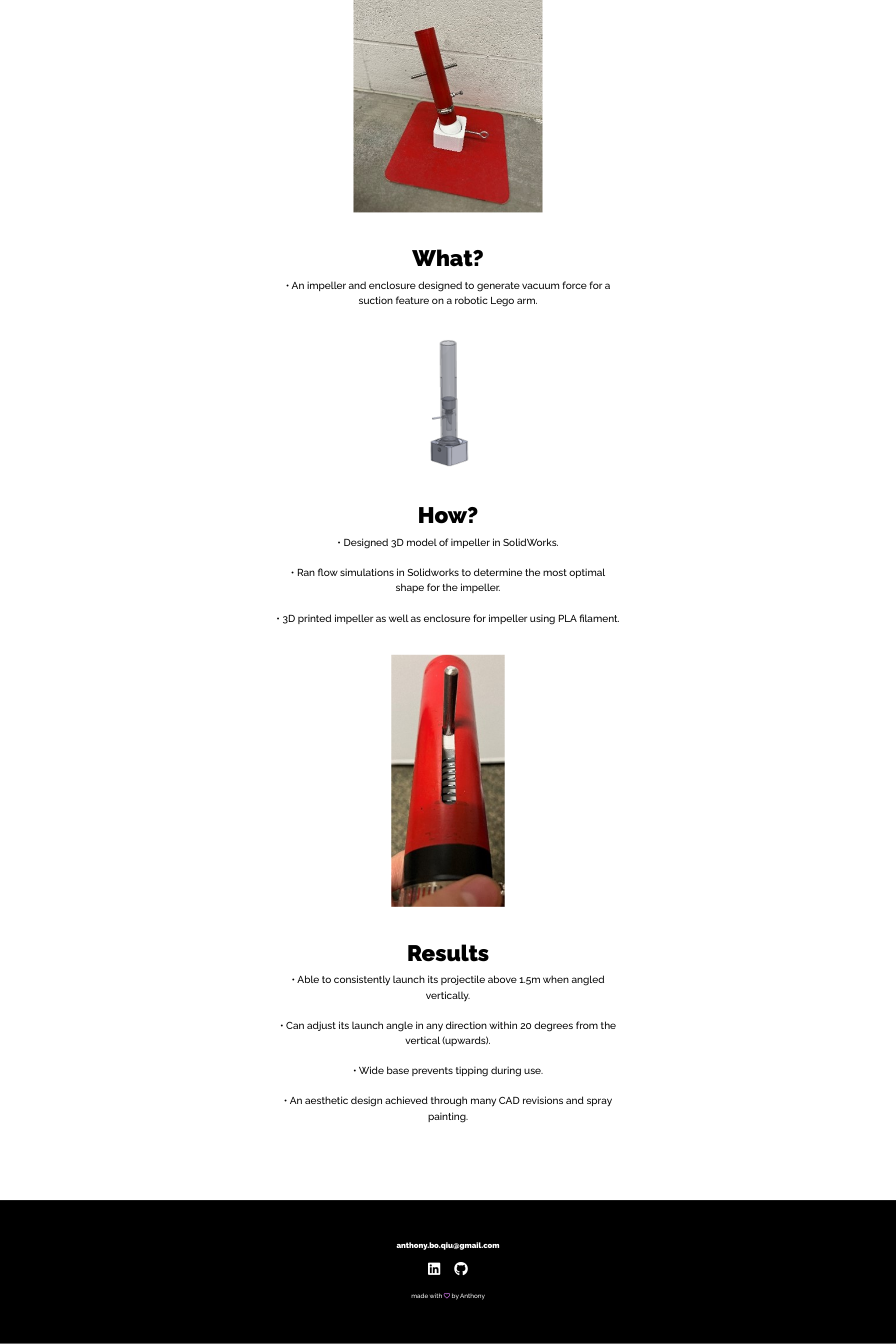
Repository: 7UM1N/anthonyq.github.io
Page: impeller.html
An editor plug-in stored every save of this project. The page is shown before and after the next save, followed by the edit.
The browser window is 1280 px wide. The pictures show the part of the page from y = 908 to 2828 px (the page is 2828 px tall before and 2655 px after), at 70% of full size.

Above is the page before, as saved 2023-02-28 12:43:26.

### impeller.html
<!DOCTYPE html>
<html lang="en">
    <head>
        <!-- Google tag (gtag.js) -->
        <script async src="https://www.googletagmanager.com/gtag/js?id=G-XFJFSFPP7C"></script>
        <script>
            window.dataLayer = window.dataLayer || [];
            function gtag(){dataLayer.push(arguments);}
            gtag('js', new Date());
            gtag('config', 'G-XFJFSFPP7C');
        </script>

        <meta charset="UTF-8">
        <meta name="viewport" content="width=device-width, initial-scale=1.0">
        <title>Anthony Qiu</title>
        <link rel="stylesheet" href="https://cdnjs.cloudflare.com/ajax/libs/normalize/8.0.1/normalize.min.css" integrity="sha512-NhSC1YmyruXifcj/KFRWoC561YpHpc5Jtzgvbuzx5VozKpWvQ+4nXhPdFgmx8xqexRcpAglTj9sIBWINXa8x5w==" crossorigin="anonymous" referrerpolicy="no-referrer" />
        <link rel="stylesheet" href="https://cdnjs.cloudflare.com/ajax/libs/font-awesome/6.2.1/css/all.min.css" integrity="sha512-MV7K8+y+gLIBoVD59lQIYicR65iaqukzvf/nwasF0nqhPay5w/9lJmVM2hMDcnK1OnMGCdVK+iQrJ7lzPJQd1w==" crossorigin="anonymous" referrerpolicy="no-referrer" />
        <link rel="stylesheet" href="css/style.css">
        <link rel="preconnect" href="https://fonts.googleapis.com">
        <link rel="preconnect" href="https://fonts.gstatic.com" crossorigin>
        <link href="https://fonts.googleapis.com/css2?family=Raleway:ital,wght@0,100;0,200;0,300;0,400;0,500;0,600;0,700;0,800;0,900;1,100;1,200;1,300;1,400;1,500;1,600;1,700;1,800;1,900&display=swap" rel="stylesheet">
    </head>
    <body>

        <!-- header -->
        <section class="sub-header sub-header-launcho">
            <nav>
                <a class="logo" href="index.html">
                    <strong>ANTHONY</strong> QIU
                </a>
                <div class="nav-links" id="navLinks">
                    <ul>
                        <i class="fa-solid fa-xmark" onclick="hideMenu()"></i>
                        <li><a href="index.html" >HOME</a></li>
                        <li><a href="index.html#projects">PROJECTS</a></li>
                        <li><a href="contact.html">CONTACT</a></li>
                    </ul>
                </div>
                <i class="fa-solid fa-bars" onclick="showMenu()"></i>
            </nav>
            <div class="text-box">
                <h1>IMPELLER</h1>
                <p>
                    impeller for robotic suction arm
                </p>
            </div>
            <div class="scroll">
                <p>S C R O L L<br><i class="fa-solid fa-sort-down"></i></p>
            </div>
        </section>

        <!-- content -->
        <section class="portfolio-item-section">
            <img src="img/launcho/what.jpg">
            <h2>What?</h2>
            <p>
                •	An impeller and enclosure designed to generate vacuum force for a suction feature on a robotic Lego arm.
            </p>

            <img src="img/launcho/how.png">
            <h2>How?</h2>
            <p>
                •	Designed 3D model of impeller in SolidWorks.<br><br>
                •	Ran flow simulations in Solidworks to determine the most optimal shape for the impeller.<br><br>
                •	3D printed impeller as well as enclosure for impeller using PLA filament.
            </p>

            <img src="img/launcho/results.jpg">
            <h2>Results</h2>
            <p>
                •	Able to consistently launch its projectile above 1.5m when angled vertically.<br><br>
                •	Can adjust its launch angle in any direction within 20 degrees from the vertical (upwards).<br><br>
                •	Wide base prevents tipping during use.<br><br>
                •	An aesthetic design achieved through many CAD revisions and spray painting.
            </p>
        </section>

        <!-- footer -->
        <footer class="footer">
            <a href="mailto:anthony.bo.qiu@gmail.com" class="email">anthony.bo.qiu@gmail.com</a>
            <ul class="socials">
                <li class="socials-item">
                    <a class="social-item-link" href="https://www.linkedin.com/in/anthonyboqiu">
                        <i class="fa-brands fa-linkedin"></i>
                    </a>
                </li>
                <li class="socials-item">
                    <a class="social-item-link" href="https://github.com/anthonyqiu">
                        <i class="fa-brands fa-github"></i>
                    </a>
                </li>
            </ul>
            <P class="love">made with <i class="fa-regular fa-heart"></i> by Anthony</p>
        </footer>

        <!-- javascript-->
        <script src="js/index.js"></script>
    </body>
</html>

### css/style.css
/*custom properties*/
:root {
    --ff-primary: 'Raleway', sans-serif;
    --ff-secondary: 'Raleway', sans-serif;

    --fw-reg: 500;
    --fw-bold: 850;

    --clr-light: #fff;
    --clr-dark: #000000;
    --clr-accent: #e281ff;

    --fs-h1: 3rem;
    --fs-h2: 2rem;
    --fs-h3: 1.25rem;
    --fs-h4: 1.05rem;
    --fs-body: 0.9rem;

    --bs: 0.25em 0.25em 0.75em rgba(0, 0, 0, .25), 0.125em 0.125em 0.25em rgba(0, 0, 0, .15);
}

* {
    margin: 0;
    padding: 0;
    font-family: var(--ff-primary);
}

/* typography */
h1,
h2,
h3 {
    line-height: 1.1;
}

h1, h2, h3, h4 {
    font-weight: var(--fw-bold);
}

h1 {font-size: var(--fs-h1)}
h2 {font-size: var(--fs-h2)}
h3 {
    font-size: var(--fs-h3);
    font-weight: 800;
}
h4 {
    font-size: var(--fs-h4);
}

p {
    font-size: var(--fs-body);
    font-weight: var(--fw-reg);
    line-height: 150%;
    padding: 10px;
}

a:link {
    text-decoration: none;
}

a:visited {
    text-decoration: none;
}

a:hover {
    text-decoration: none;
}

a:active {
    text-decoration: none;
}

strong {font-weight: var(--fw-bold);}

/*header*/
header {
    min-height: 100vh;
    width: 100%;
    background-image: linear-gradient(rgba(4, 9, 30, 0.85), rgba(4, 9, 30, 0.85)), url(../img/blueprint.jpeg);
    background-position: center;
    background-size: cover;
    position: relative;
}

header img {
    max-width: 20vh;
    border-radius: 7%;
}

nav {
    display: flex;
    padding: 2% 6%;
    justify-content: space-between;
    align-items: center;
}

.logo {
    color: var(--clr-light);
    text-decoration: none;
    font-size: var(--fs-h2);
}

.nav-links {
    flex: 1;
    text-align: right;
}

.nav-links ul li {
    list-style: none;
    display: inline-block;
    padding: 8px 12px;
    position: relative;
}

.nav-links ul li a {
    color: var(--clr-light);
    text-decoration: none;
    font-size: var(--fs-body);
}

.nav-links ul li::after {
    content: '';
    width: 0%;
    height: 2px;
    background: var(--clr-light);
    display: block;
    margin: auto;
    transition: 0.5s;
}

.nav-links ul li:hover::after {
    width: 100%;
}

.text-box {
    width: 50%;
    color: var(--clr-light);
    position: absolute;
    top: 50%;
    left: 50%;
    transform: translate(-50%, -50%);
    text-align: center;
}

.text-box p {
    margin: 10px 0 40px;
    color: var(--clr-light);
}

.hero-btn {
    color: var(--clr-light);
    border: 1px solid var(--clr-light);
    display: inline-block;
    text-decoration: none;
    padding: 12px 34px;
    font-size: var(--fs-body);
    background: transparent;
    position: relative;
    cursor: pointer;
    margin-top: 20px;;
}

.hero-btn:hover {
    background: var(--clr-light);
    color: var(--clr-dark);
    transition: 1s;
}

.inverse-btn {
    color: var(--clr-dark);
    border: 1px solid var(--clr-dark);
}

.inverse-btn:hover {
    color: var(--clr-light);
    background: var(--clr-dark);
}

nav .fa-solid {
    display: none;
}

.scroll {
    color: var(--clr-light);
    text-align: center;
    position: absolute;
    top: 96%;
    left: 50%;
    transform: translate(-50%, -50%);
}

/*projects*/

.projects {
    width: 80%;
    margin: auto;
    text-align: center;
    padding-top: 100px;
    padding-bottom: 100px;
}

.projects p {
    color: var(--clr-dark);
}

.projects img {
    width: 12rem;
    height: 18rem;
    border-radius: 10px;
}

.portfolio {
    display: flex;
    flex-wrap: wrap;
    gap: 1.5rem;

    margin: auto;
    align-items: center;
    justify-content: center;
    margin-top: 3rem;
}

.portfolio-item {
    background-position: center;
    background-size: cover;
    position: relative;

    color: var(--clr-light);
    width: 350px;
    height: 500px;
    flex-shrink: 0;
    border-radius: 10px;
    box-sizing: border-box;
    transition: 0.5s;

    display: flex;
    justify-content: center;
    align-items: center;
    flex-direction: column;
}

.portfolio-item h3 {
    color: var(--clr-light);
    width: 150px;
    height: 150px;
    border-style: solid;
    border-width: 0.3rem;
    border-color: var(--clr-light);
    border-radius: 50%;

    position: relative;
    display: flex;
    justify-content: center;
    align-items: center;
    margin: auto;
}

.portfolio-item p {
    color: var(--clr-light);

    display: flex;
    justify-content: center;
    align-items: center;
    margin: auto;
    opacity: 0%;
    transition: 1s;
}

.nerfv2 {
    background-image: linear-gradient(rgba(4, 9, 30, 0.5), rgba(4, 9, 30, 0.5)), url(../img/coming-soon.webp);
}

.launcho {
    background-image: linear-gradient(rgba(4, 9, 30, 0.5), rgba(4, 9, 30, 0.5)), url(../img/launcho/launcho-card.jpg);
}

.codebreaker {
    background-image: linear-gradient(rgba(4, 9, 30, 0.5), rgba(4, 9, 30, 0.5)), url(../img/codebreaker/codebreaker-card.jpg);
}

.saitama {
    background-image: linear-gradient(rgba(4, 9, 30, 0.5), rgba(4, 9, 30, 0.5)), url(../img/saitama/saitama-banner.webp);
}

.this-website {
    background-image: linear-gradient(rgba(4, 9, 30, 0.5), rgba(4, 9, 30, 0.5)), url(../img/this-website/this-website-card.jpeg);
}

.portfolio-item h3 {
    vertical-align: middle;
}

.portfolio-item:hover {
    box-shadow: 0 0 20px 0px rgba(0, 0, 0, 0.80);
    filter: brightness(90%);
}

.portfolio-item:hover p {
    opacity: 100%;
}

.portfolio-item-text {
    position: absolute;
    top: 0;
}

/* footer */
.footer {
    background: var(--clr-dark);
    color: var(--clr-light);
    text-align: center;
    padding: 2.5em 0;
    font-size: var(--fs-h3);
    font-family: var(--ff-secondary);
}

.footer a {
    color: inherit;
    text-decoration: none;
}

.email {
    font-weight: var(--fw-bold);
    font-size: 11px;
}

.email:hover,
.social-item-link:hover {
    transform: scale(2);
    opacity: .5;
}

.email,
.social-item-link {
    transition:
        transform 750ms cubic-bezier(.5, 0, .5, 1),
        opacity 250ms linear;
}

.socials {
    list-style: none;
    display: flex;
    justify-content: center;
    margin: 0.25em 0 0;
    padding: 0;
}

.socials-item {
    margin: - .5em;
}

.socials-item {
    padding: .5em;
}

.love {
    font-size: 9px;
}

.fa-heart {
    color: var(--clr-accent);
}

/* sub header */
.sub-header {
    height: 100vh;
    width: 100%;
    background-image: linear-gradient(rgba(4, 9, 30, 0.7), rgba(4, 9, 30, 0.7)), url(../img/launcho/launcho-card.jpg);
    background-position: center;
    background-size: cover;
    text-align: center;
    margin: auto;
    position: relative;
}
.sub-header-contact {background-image: linear-gradient(rgba(4, 9, 30, 0.85), rgba(4, 9, 30, 0.85)), url(../img/blueprint.jpeg);}
.sub-header-nerfv2 {background-image: linear-gradient(rgba(4, 9, 30, 0.7), rgba(4, 9, 30, 0.7)), url(../img/coming-soon.webp);}
.sub-header-launcho {background-image: linear-gradient(rgba(4, 9, 30, 0.7), rgba(4, 9, 30, 0.7)), url(../img/launcho/launcho-card.jpg);}
.sub-header-codebreaker {background-image: linear-gradient(rgba(4, 9, 30, 0.7), rgba(4, 9, 30, 0.7)), url(../img/codebreaker/codebreaker-banner.jpg);}
.sub-header-saitama {background-image: linear-gradient(rgba(4, 9, 30, 0.7), rgba(4, 9, 30, 0.7)), url(../img/saitama/saitama-banner.webp);}
.sub-header-this-website {background-image: linear-gradient(rgba(4, 9, 30, 0.7), rgba(4, 9, 30, 0.7)), url(../img/this-website/this-website-card.jpeg);}

.sub-header .text-box {
    border-style: solid;
    border-width: 0.25rem;
    border-color: var(--clr-light);
}

.portfolio-item-section {
    text-align: center;
    padding-top: 100px;
    padding-bottom: 100px;
    width: 40%;

    position: relative;
    display: flex;
    justify-content: center;
    align-items: center;
    margin: auto;
    flex-direction: column;
}

.portfolio-item-section p {
    color: var(--clr-dark);
}

.portfolio-item-section img {
    max-width: 90%;
    max-height: 50vh;
    padding: 2rem;
}

.portfolio-item-section h2,
.portfolio-item-section h3 {
    margin-top: 1rem;
}

.contact {
    padding: 50px;
    width: 40%;
    margin: auto;
    text-align: center;
}

.contact input,
.contact textarea {
    width: 100%;
    padding: 15px;
    margin-bottom: 17px;
    outline: none;
    border: 1px solid var(--clr-dark);
    box-sizing: border-box;
}

/*smaller screens*/
@media(max-width: 800px) {
    .nav-links ul li {
        display: block;
    }

    .nav-links {
        position: fixed;
        background: var(--clr-dark);
        height: 100vh;
        width: 200px;
        top: 0;
        right: -200px;
        text-align: left;
        z-index: 2;
        transition: 1s;
    }

    nav .fa-solid {
        display: block;
        color: var(--clr-light);
        margin: 10px;
        font-size: var(--fs-h3);
        cursor: pointer;
    }

    .text-box {
        width: 90%;
    }

    header img {
        max-width: 10vh;
        border-radius: 3%;
    }

    .portfolio-item-section {
        width: 90%;
    }

    .contact {
        width: 70%;
    }
}

### js/index.js
//toggle menu
var navLinks = document.getElementById("navLinks");

function showMenu(){
    navLinks.style.right = "0";
}

function hideMenu(){
    navLinks.style.right = "-200px";
}

After the next save:
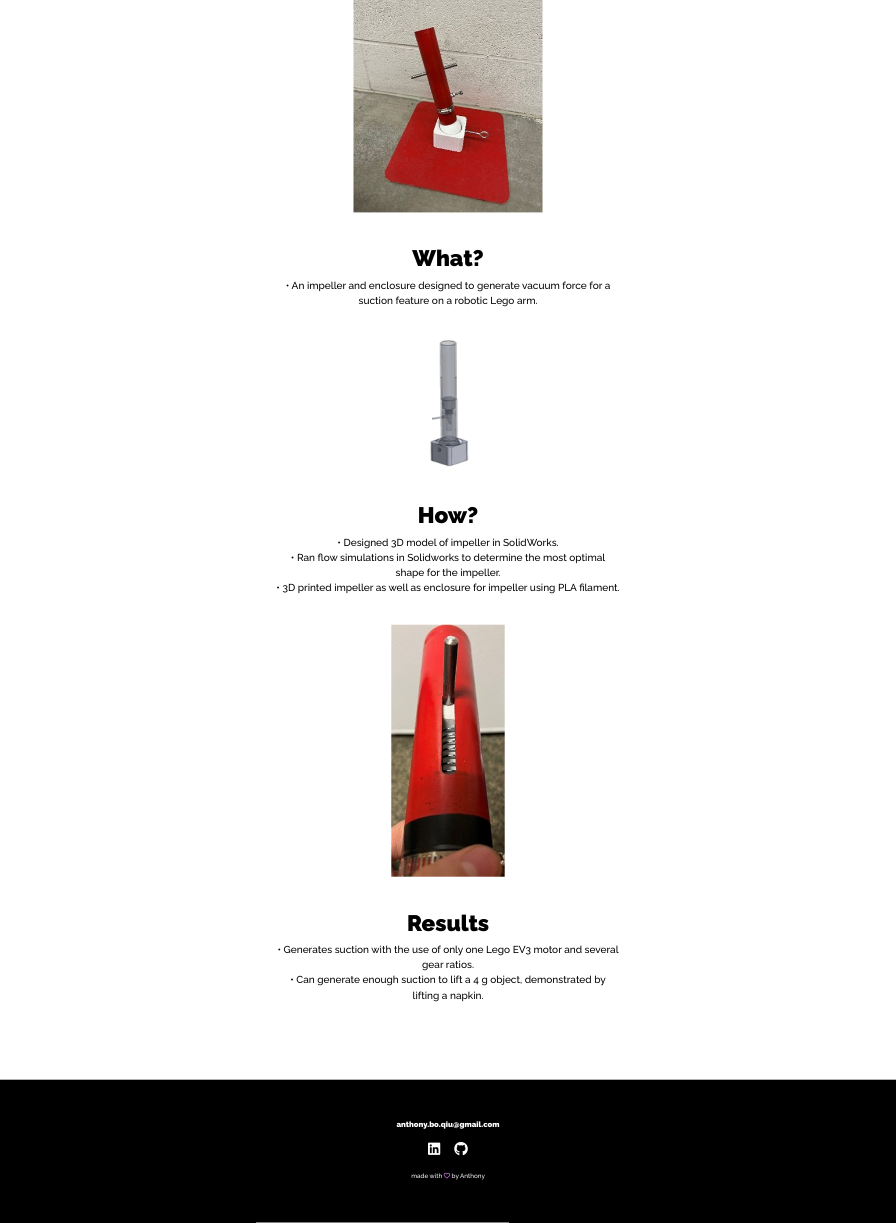
Saved 19 s later.
--- a/impeller.html
+++ b/impeller.html
@@ -60,18 +60,17 @@
             <img src="img/launcho/how.png">
             <h2>How?</h2>
             <p>
-                •	Designed 3D model of impeller in SolidWorks.<br><br>
-                •	Ran flow simulations in Solidworks to determine the most optimal shape for the impeller.<br><br>
+                •	Designed 3D model of impeller in SolidWorks.<br>
+                •	Ran flow simulations in Solidworks to determine the most optimal shape for the impeller.<br>
                 •	3D printed impeller as well as enclosure for impeller using PLA filament.
             </p>
 
             <img src="img/launcho/results.jpg">
             <h2>Results</h2>
             <p>
-                •	Able to consistently launch its projectile above 1.5m when angled vertically.<br><br>
-                •	Can adjust its launch angle in any direction within 20 degrees from the vertical (upwards).<br><br>
-                •	Wide base prevents tipping during use.<br><br>
-                •	An aesthetic design achieved through many CAD revisions and spray painting.
+                •	Generates suction with the use of only one Lego EV3 motor and several gear ratios.<br>
+                •	Can generate enough suction to lift a 4 g object, demonstrated by lifting a napkin.
+
             </p>
         </section>
 
